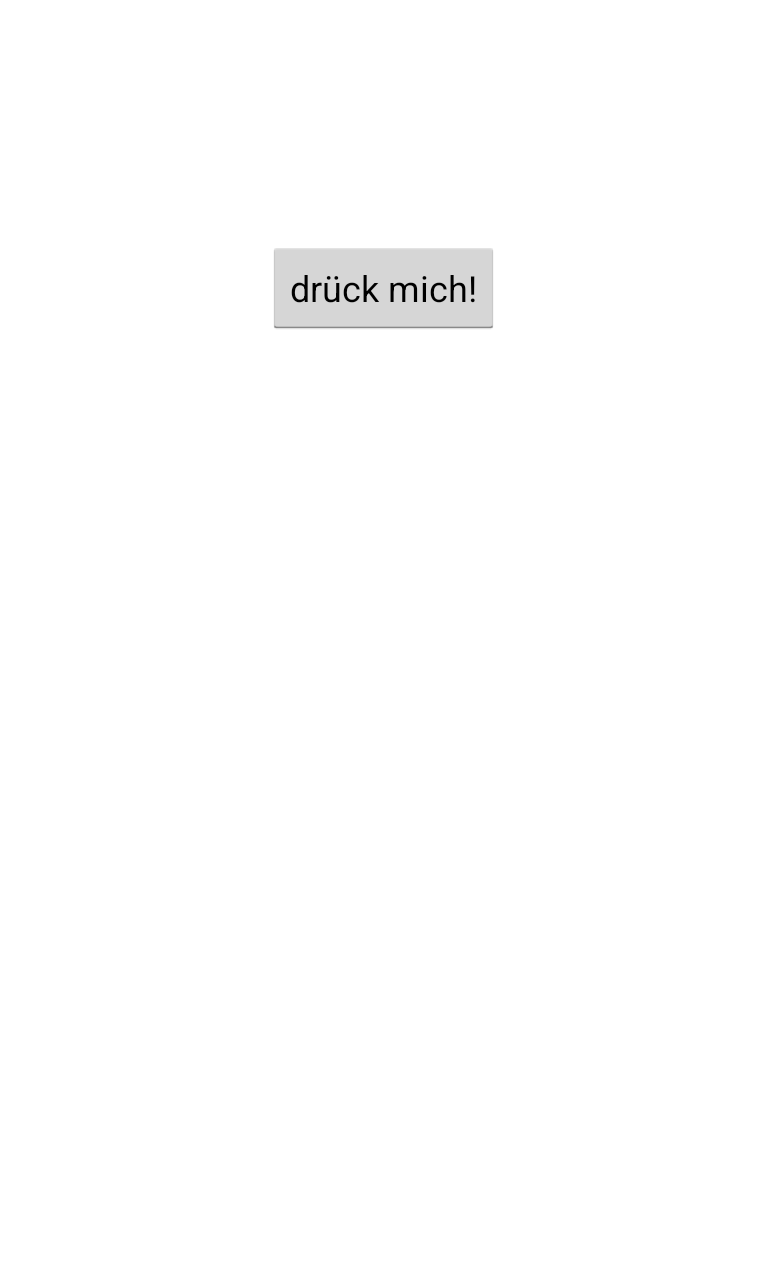
Repository: flashback2k12/ChristmasPresent
Layout: ChristmasPresent/res/layout/activity_first_coupon.xml
These files come from the project's save history. The layout is drawn as it stood at one moment and after the next save; the edit follows.
It is drawn on a 768 x 1280 px phone screen (xhdpi) without system bars, with theme AppTheme; the app's code is not run.

Above is the layout before, as saved 2012-12-18 18:11:00.

After the next save:
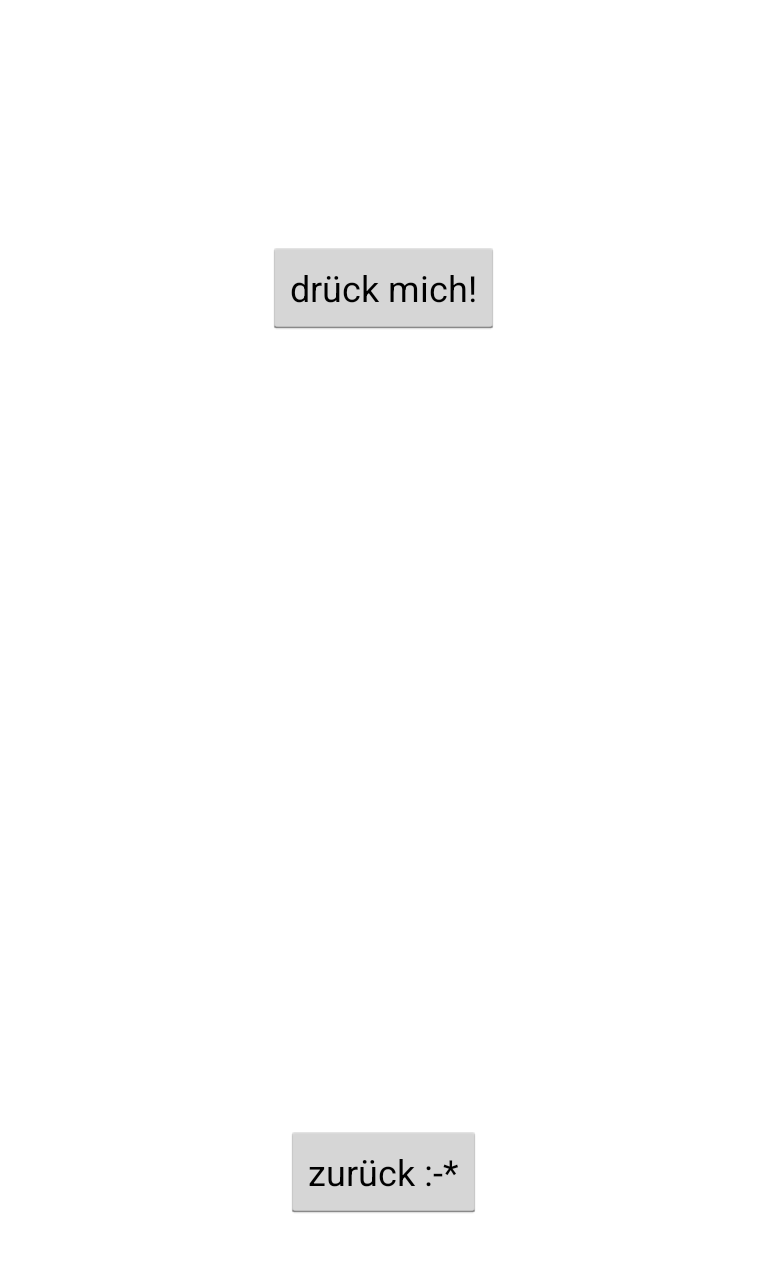
Saved 9 s later.
--- a/ChristmasPresent/res/layout/activity_first_coupon.xml
+++ b/ChristmasPresent/res/layout/activity_first_coupon.xml
@@ -13,4 +13,13 @@
         android:onClick="BtnFirstCoupon"
         android:text="@string/button_standard" />
 
+    <Button
+        android:id="@+id/button1"
+        android:layout_width="wrap_content"
+        android:layout_height="wrap_content"
+        android:layout_alignParentBottom="true"
+        android:layout_centerHorizontal="true"
+        android:layout_marginBottom="30dp"
+        android:text="@string/button_zurueck" />
+
 </RelativeLayout>
